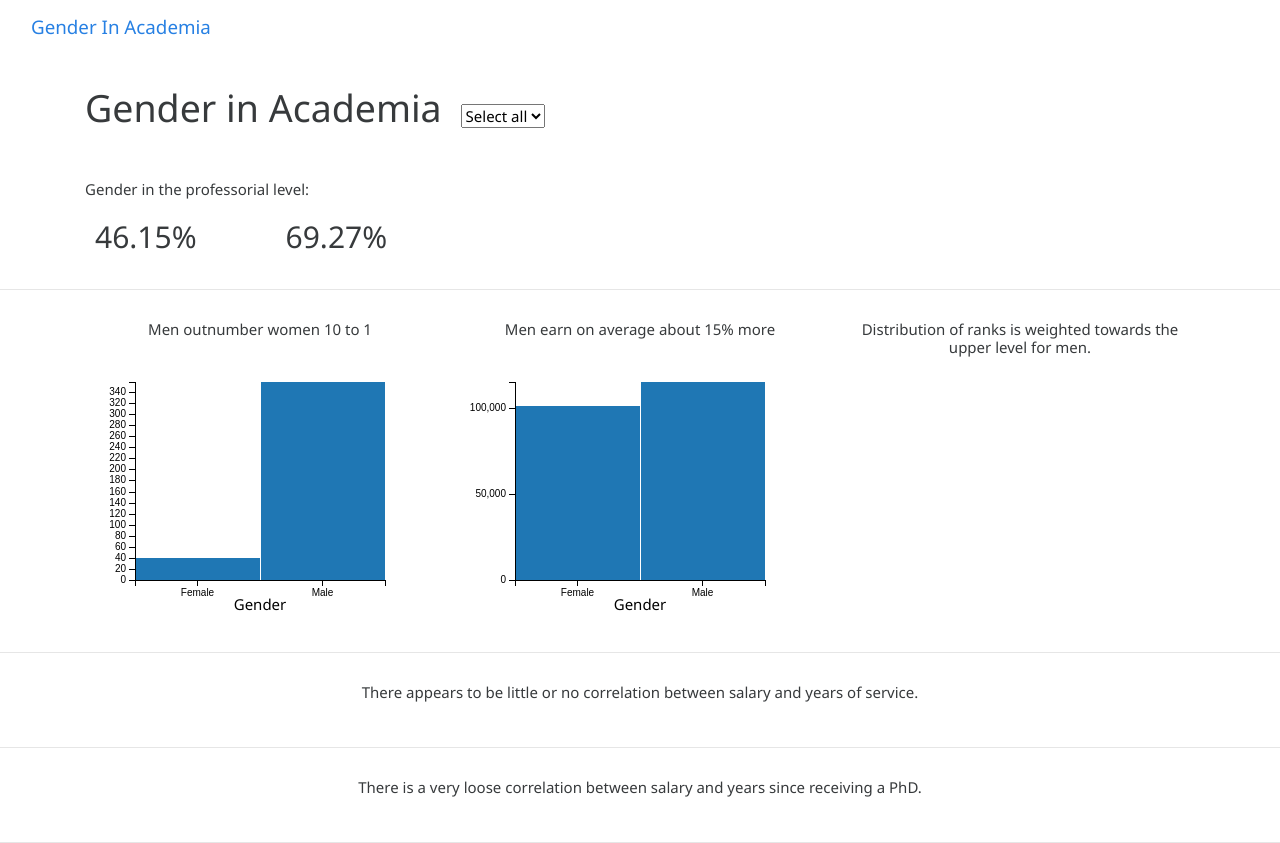
Repository: Angie55/dashboard-mini-project
Page: index.html
The author's editor kept a record of every edit. The page is drawn from the files as they stood at one moment, then again after the next edit.
The browser window is 1280 px wide. The pictures show the whole page.

Above is the page before.
Console error: TypeError: Cannot read properties of null (reading 'textContent')

After the next edit:
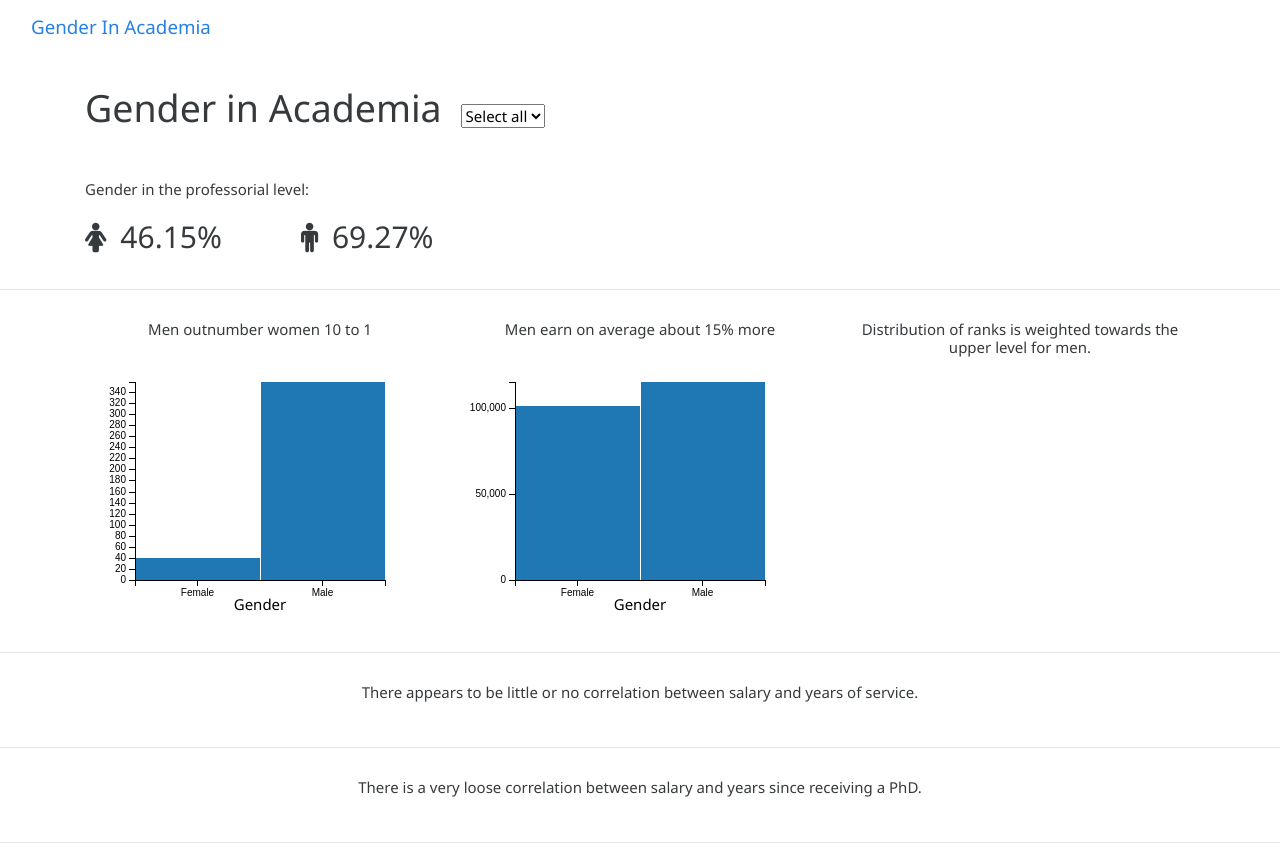
The edit:
--- a/index.html
+++ b/index.html
@@ -8,6 +8,7 @@
 
     <link rel="stylesheet" href="static/css/bootstrap.min.css" type="text/css"/>
     <link rel="stylesheet" href="static/css/dc.min.css" type="text/css"/>
+    <link rel="stylesheet" type="text/css" href="https://maxcdn.bootstrapcdn.com/font-awesome/4.7.0/css/font-awesome.min.css">
     <link rel="stylesheet" href="static/css/style.css" type="text/css"/>
 
     <script type="text/javascript" src="static/js/d3.min.js"></script>
